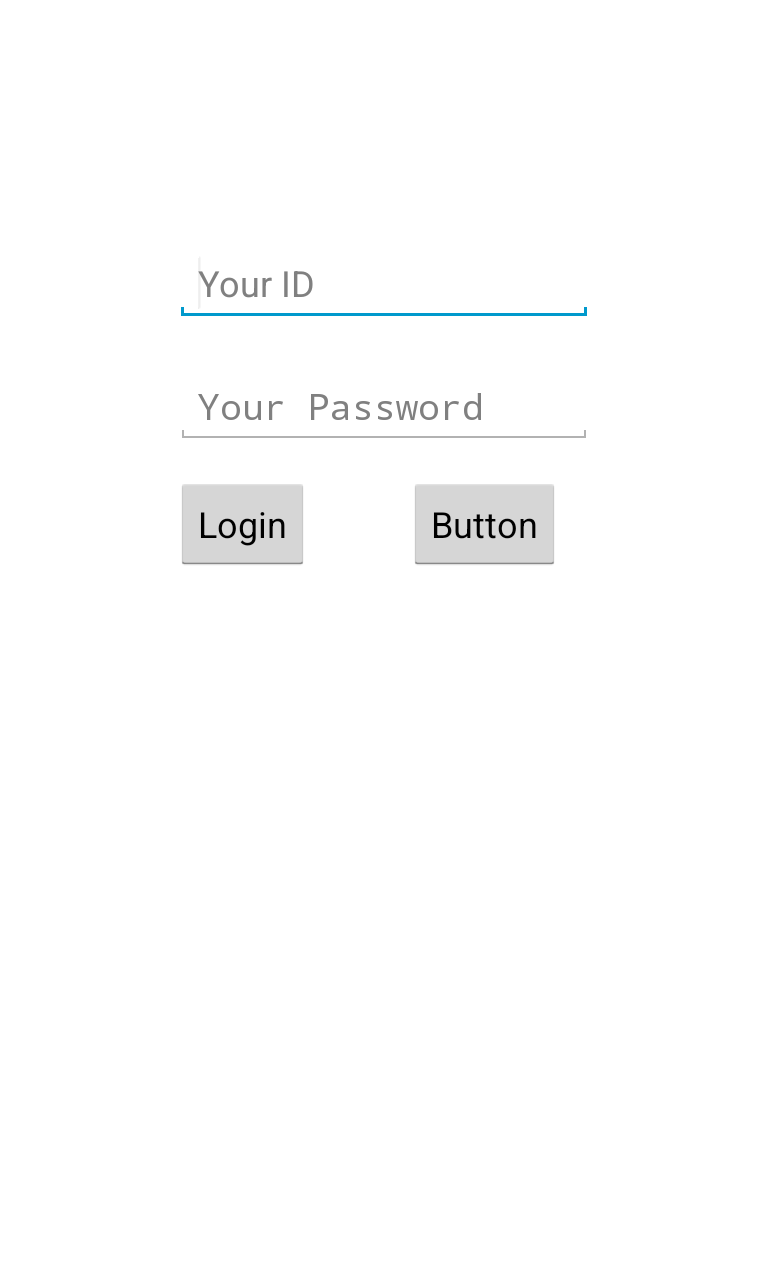
Repository: EnjoyWorkTrue/Spring2014
Layout: CMP464/LoginPage(withSavingData)/res/layout/activity_main.xml
An editor plug-in stored every save of this project. The layout is shown before and after the next save, followed by the edit.
It is drawn on a 768 x 1280 px phone screen (xhdpi) without system bars, with theme AppTheme; the app's code is not run.

Above is the layout before, as saved 2014-02-26 23:29:54.

After the next save:
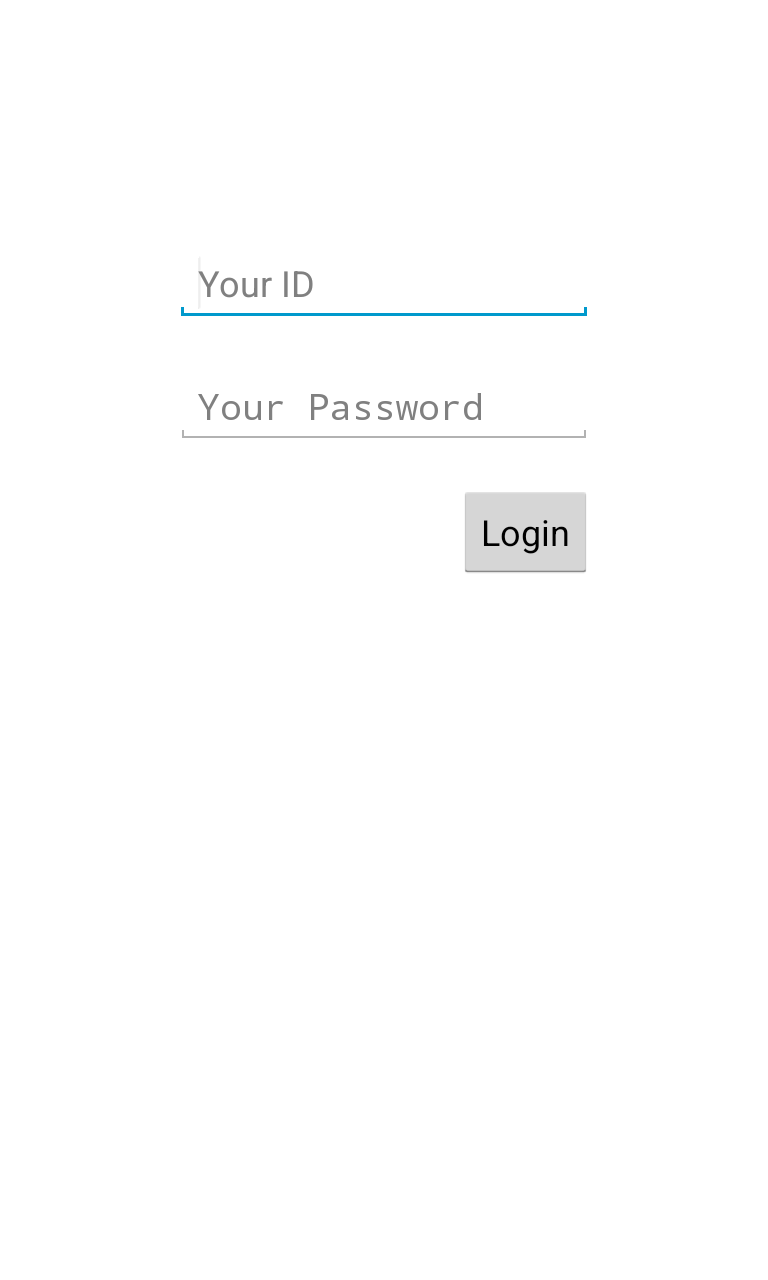
Saved 87 s later.
--- a/CMP464/LoginPage(withSavingData)/res/layout/activity_main.xml
+++ b/CMP464/LoginPage(withSavingData)/res/layout/activity_main.xml
@@ -35,21 +35,12 @@
 
     <Button
         android:id="@+id/button1"
+        android:onClick="goActivityTwo"
         android:layout_width="wrap_content"
         android:layout_height="wrap_content"
-        android:layout_alignLeft="@+id/editText2"
+        android:layout_alignRight="@+id/editText2"
         android:layout_below="@+id/editText2"
-        android:layout_marginTop="15dp"
+        android:layout_marginTop="19dp"
         android:text="Login" />
 
-    <Button
-        android:id="@+id/button2"
-        android:layout_width="wrap_content"
-        android:layout_height="wrap_content"
-        android:layout_alignBaseline="@+id/button1"
-        android:layout_alignBottom="@+id/button1"
-        android:layout_alignRight="@+id/editText2"
-        android:layout_marginRight="16dp"
-        android:text="Button" />
-
 </RelativeLayout>
